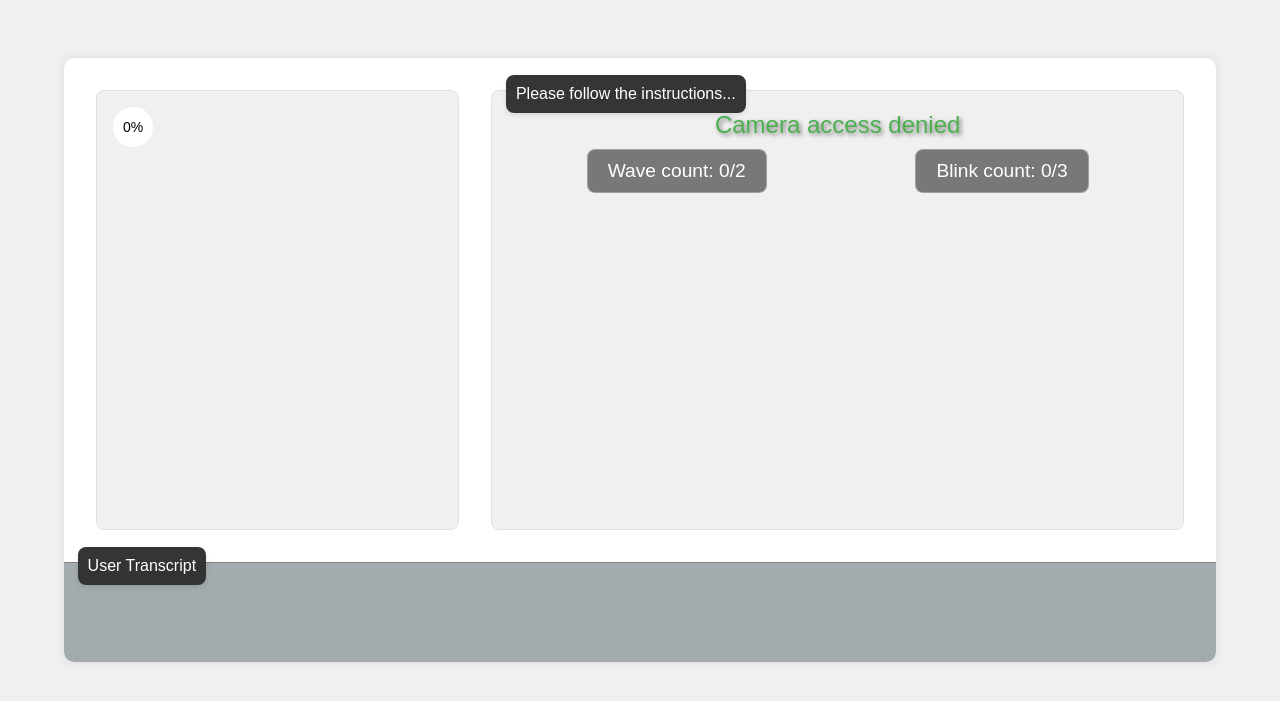
Repository: Ayaanns/E-kyc-BE-project
Page: http://localhost/
An editor plug-in stored every save of this project. The page is shown before and after the next save, followed by the edit.
The browser window is 1280 px wide. The pictures show the whole page.
The page is served by the project's application, run on Django 4.2 (manage.py). A made-up administrator, testuser (Test User, test@example.com), is signed in.

Above is the page before, as saved 2025-03-02 02:16:27.

After the next save:
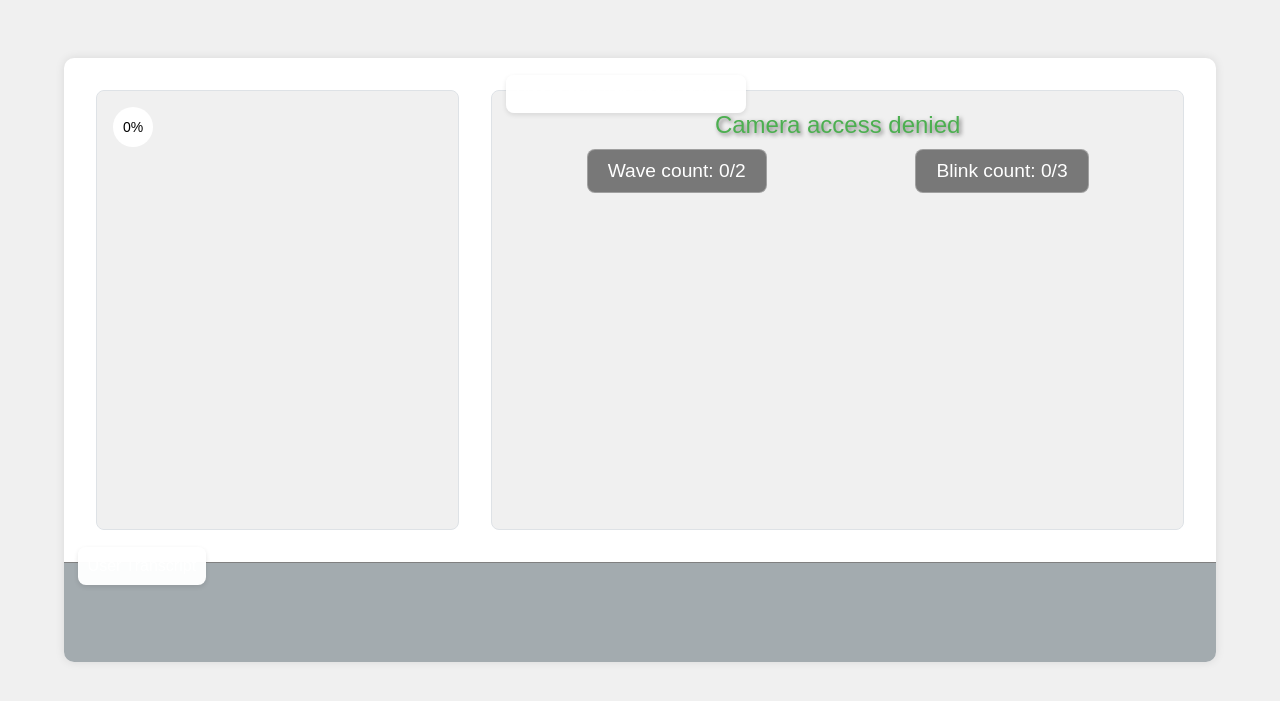
Saved 2 min 49 s later.
--- a/templates/home.html
+++ b/templates/home.html
@@ -62,7 +62,7 @@
             right: 0; */
             text-align: center;
             color: white;
-            background: rgba(48, 48, 48, 0.973);
+            background: rgba(255, 255, 255, 0.973);
             padding: 10px;
             margin: 0 20px;
             border-radius: 8px;
